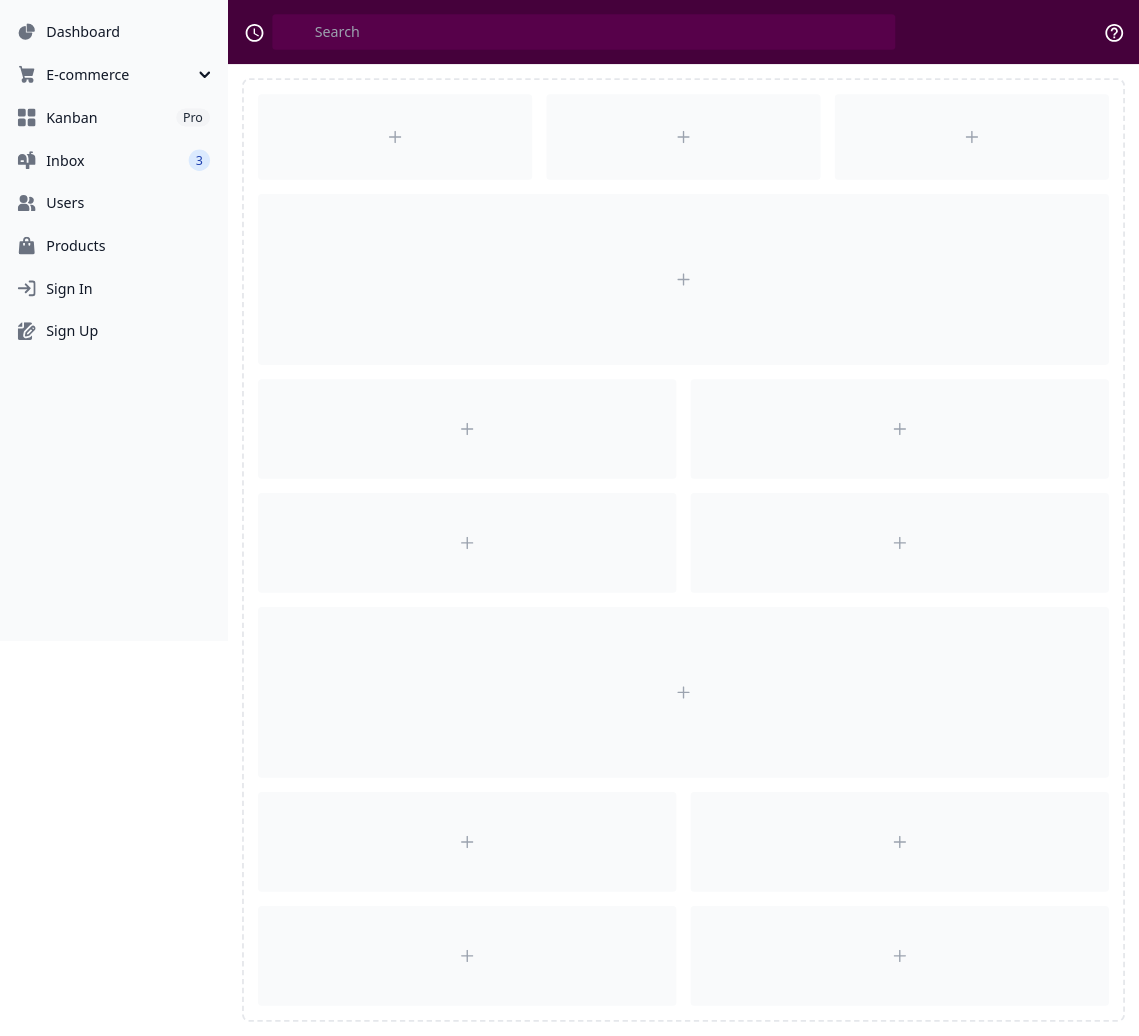
Repository: Shamraiz761/Slack_clone
Page: /
The author's editor kept a copy of each file at every save. The page is drawn from the files as they stood at one save, then again after the next save.
The browser window is 1280 px wide. The pictures show the whole page, at 89% of full size.
The project was rebuilt for these pictures with package versions that can differ from the ones it lists, and the page was loaded fresh each time. Also part of the build but not shown: vite.config.js.

Above is the page before, as saved 2024-01-14 18:43:57.

### src/App.jsx

import React from 'react'
import Header from './components/header/Header'
import Sidebar from './components/sidebar/Sidebar'
function App() {

  return (
  <div className="">
    <div>
      <Header />
      </div>

      <Sidebar />
      {/* Other main content goes here */}
    </div>
  )
}

export default App

### src/components/header/Header.jsx
import React from 'react'
import AccessTimeIcon from '@mui/icons-material/AccessTime';
import HelpOutlineIcon from '@mui/icons-material/HelpOutline';
import AccountCircleIcon from '@mui/icons-material/AccountCircle';
function Header() {
  return (

    <nav className="bg-[#45013b] p-4" style={{background:''}}>
      <div className="container mx-auto flex items-center justify-between">
        {/* Left logos */}

          {/* Left logo */}
          <div className=" sm:mr-4 hidden sm:block">
          <AccountCircleIcon className='text-white text-larger hidden sm:block' />

          </div>





        <div className="sm:w-full flex justify-center items-center">
        <div className="mr-2">
            <AccessTimeIcon className='text-white'/>


          </div>
          <input
            type="text"
            placeholder="Search"
            className=" p-2 px-12 bg-[#57014a] text-white border-none rounded w-32 sm:w-3/5"
          />
        </div>

        {/* Right logos */}
        <div className="flex items-center">

          <div className="ml-[-100px] sm:ml-4">
            <HelpOutlineIcon className='text-white'/>

          </div>
        </div>
      </div>
    </nav>
  )
}

export default Header

Loaded but not shown: index.html (common file); src/main.jsx (common file); src/index.css (common file); tailwind.config.js (common file); src/components/sidebar/Sidebar.jsx (498 lines, source omitted)

After the next save:
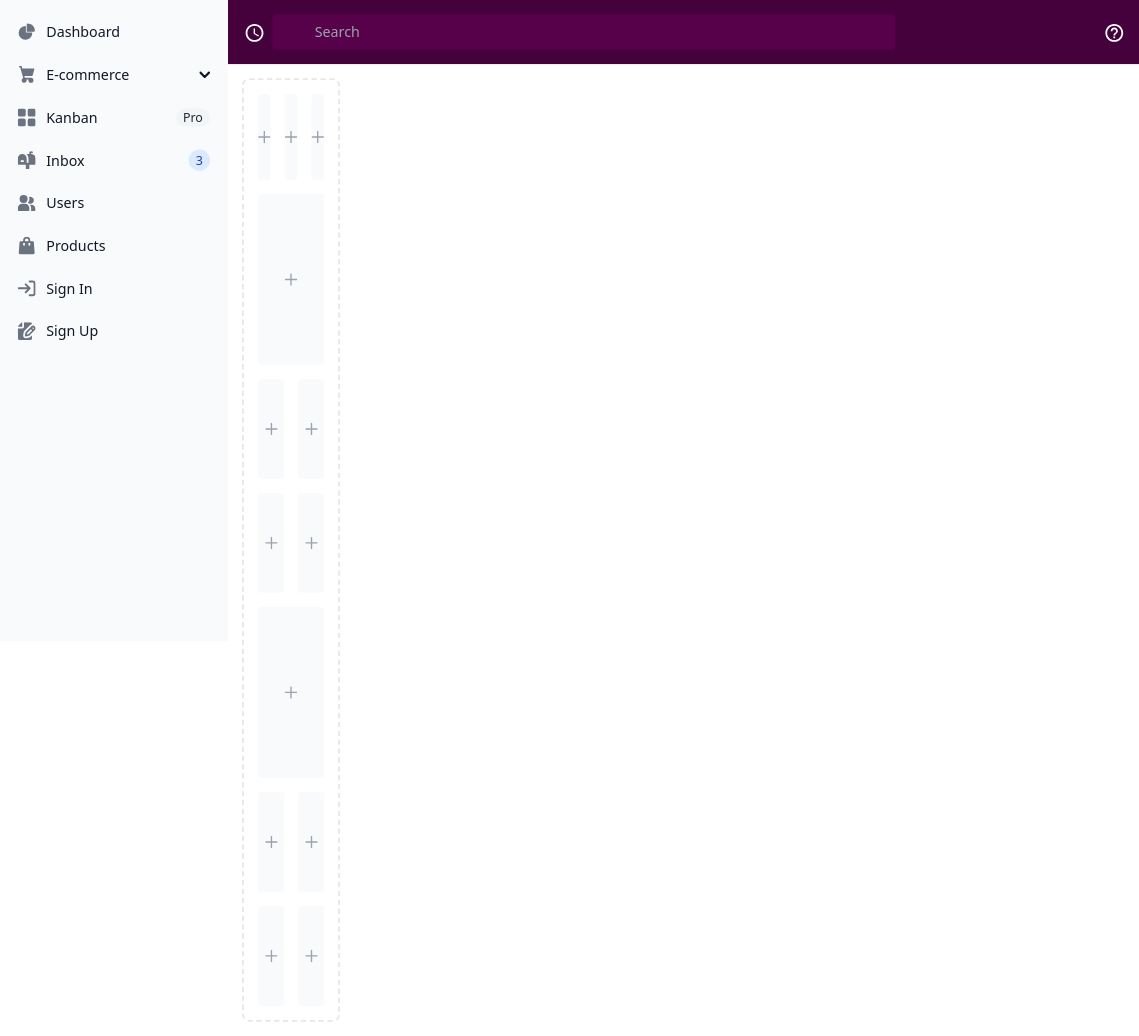
Saved 18 s later.
--- a/src/App.jsx
+++ b/src/App.jsx
@@ -5,13 +5,12 @@
 function App() {
 
   return (
-  <div className="">
-    <div>
+    <div className="flex flex-col min-h-screen">
       <Header />
+      <div className="flex flex-row flex-1 overflow-hidden">
+        <Sidebar />
+        {/* Other main content goes here */}
       </div>
-
-      <Sidebar />
-      {/* Other main content goes here */}
     </div>
   )
 }

After the save that followed:
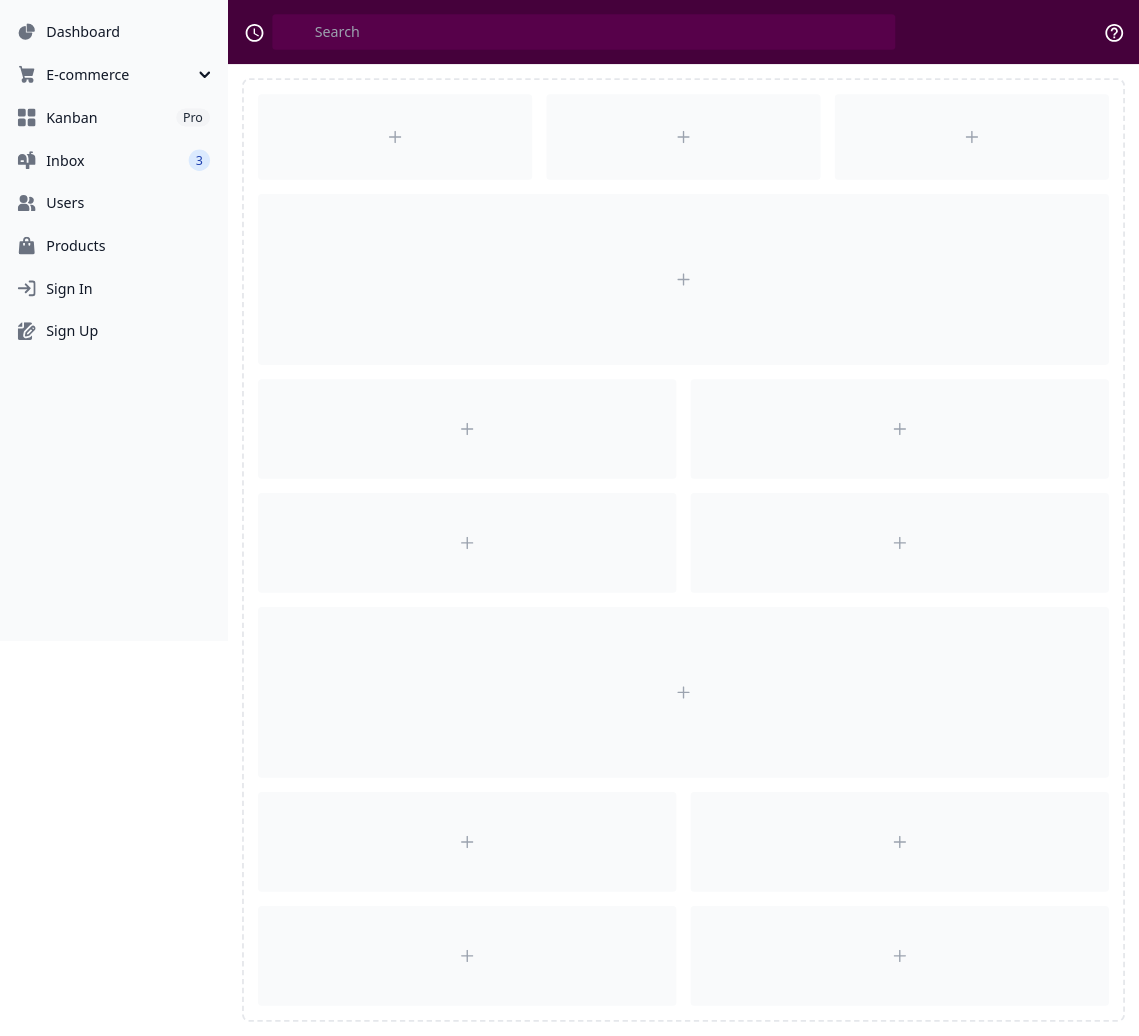
Saved 35 s later.
--- a/src/App.jsx
+++ b/src/App.jsx
@@ -5,12 +5,13 @@
 function App() {
 
   return (
-    <div className="flex flex-col min-h-screen">
+  <div className="">
+    <div>
       <Header />
-      <div className="flex flex-row flex-1 overflow-hidden">
-        <Sidebar />
-        {/* Other main content goes here */}
       </div>
+
+      <Sidebar />
+      {/* Other main content goes here */}
     </div>
   )
 }
